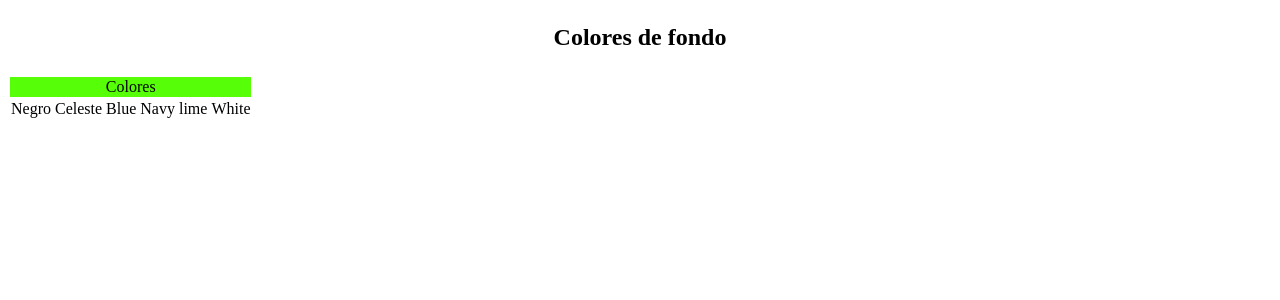
Repository: ThePerez/ArgProg
Page: Practicas ArgProg/Practica 3/Ejercicio 5/index.html
These files come from the project's save history. The page is drawn as it stood at one moment and after the next save; the edit follows.
The browser window is 1280 px wide. The pictures show the whole page.

Above is the page before, as saved 2023-03-14 12:00:43.

After the next save:
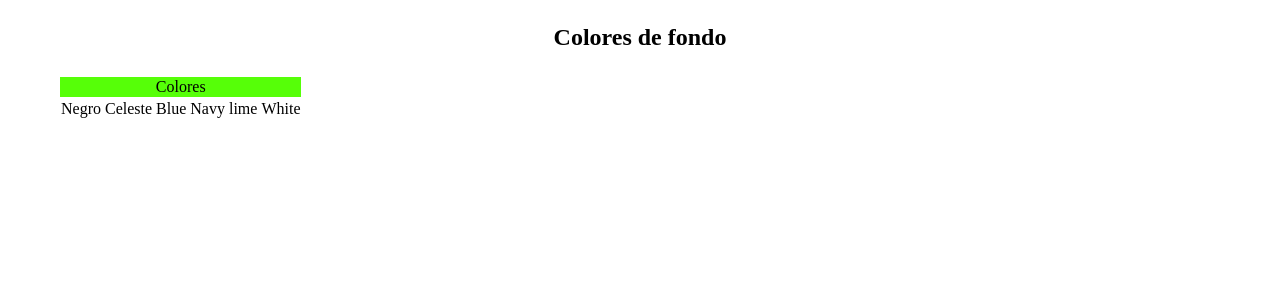
Saved 9 s later.
--- a/Practicas ArgProg/Practica 3/Ejercicio 5/index.html
+++ b/Practicas ArgProg/Practica 3/Ejercicio 5/index.html
@@ -12,7 +12,7 @@
 <body>
      <div class="principal">
           <p id="title">Colores de fondo</p>
-          <table>
+          <table class="table">
                <tr>
                     <td id="colores" colspan="7">Colores</td>
                </tr>
